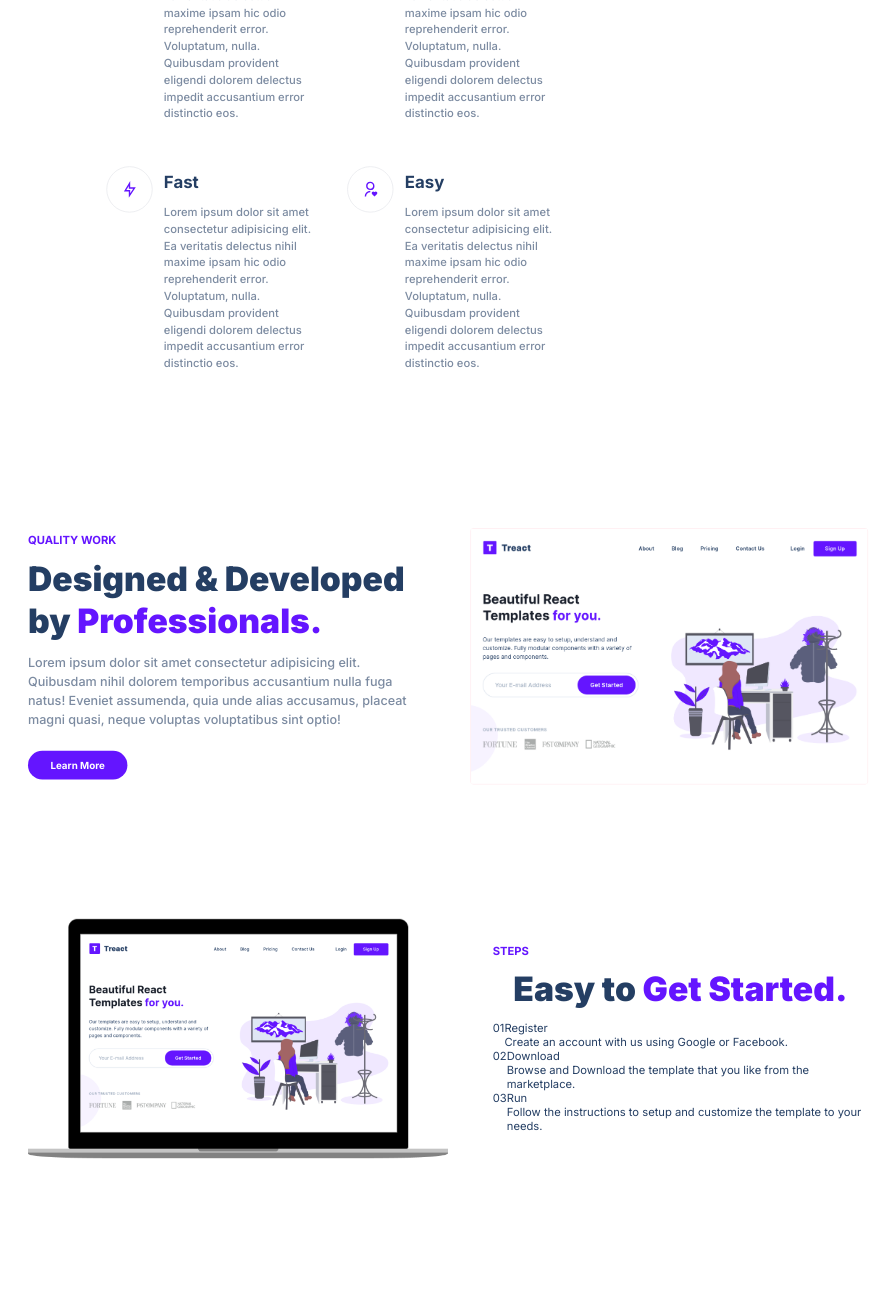
Repository: avivanguyen/m2_fianlProject
Page: index.html
The author's editor kept a copy of each file at every save. The page is drawn from the files as they stood at one save, then again after the next save.
The browser window is 1280 px wide. The pictures show the part of the page from y = 1581 to 3501 px (the page is 3428 px tall before and 3501 px after), at 70% of full size.
Some web libraries are served in a nearby version.

Above is the page before, as saved 2025-12-09 02:28:46.

After the next save:
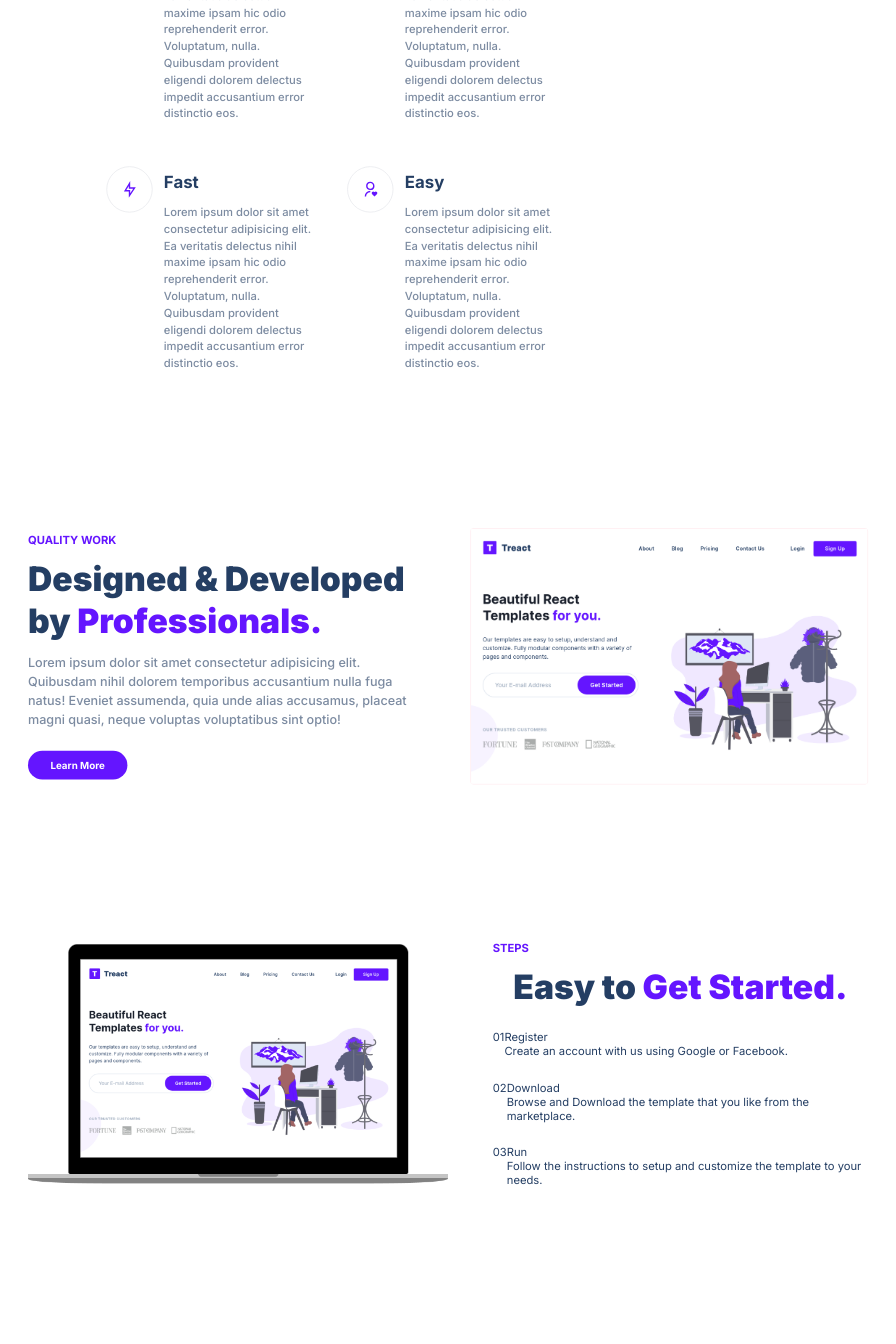
Saved 4 s later.
--- a/styles.css
+++ b/styles.css
@@ -362,5 +362,5 @@ Steps styling
 .step {
     display: flex;
     align-items: flex-start;
-    margin-top: ;
-}
+    margin-top: 32px;
+}
